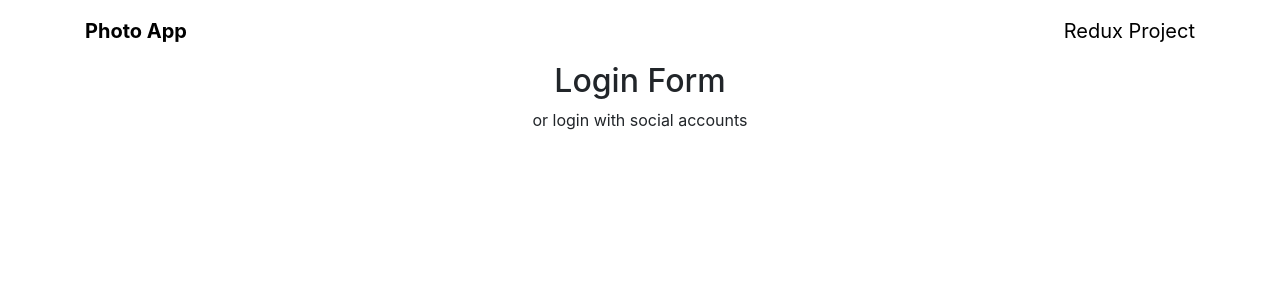
Repository: baodien1405/redux-photo-app
Page: /sign-in
The author's editor kept a copy of each file at every save. The page is drawn from the files as they stood at one save, then again after the next save.
The browser window is 1280 px wide. The pictures show the whole page.
The page's requests for data from a server got no answer. The project was rebuilt for these pictures with package versions that can differ from the ones it lists, and the page was loaded fresh each time. No one was signed in, and anything a server would have sent is missing. Also part of the build but not shown: src/components/NotFound/index.jsx, src/App.scss.

Above is the page before, as saved 2021-07-15 11:59:07.

After the next save:
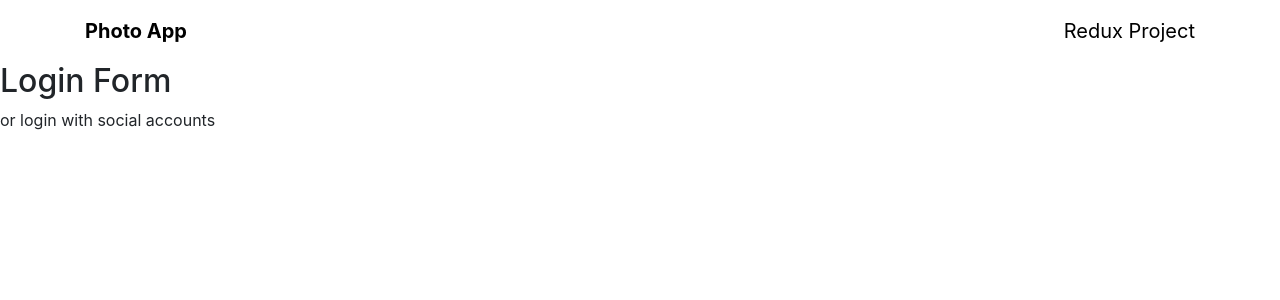
Saved 59 s later.
--- a/src/features/Auth/pages/SignIn/index.jsx
+++ b/src/features/Auth/pages/SignIn/index.jsx
@@ -5,7 +5,7 @@
 function SignIn(props) {
   return (
     <div>
-      <div className="text-center">
+      <div>
         <h2>Login Form</h2>
 
         <p>or login with social accounts</p>

After the save that followed:
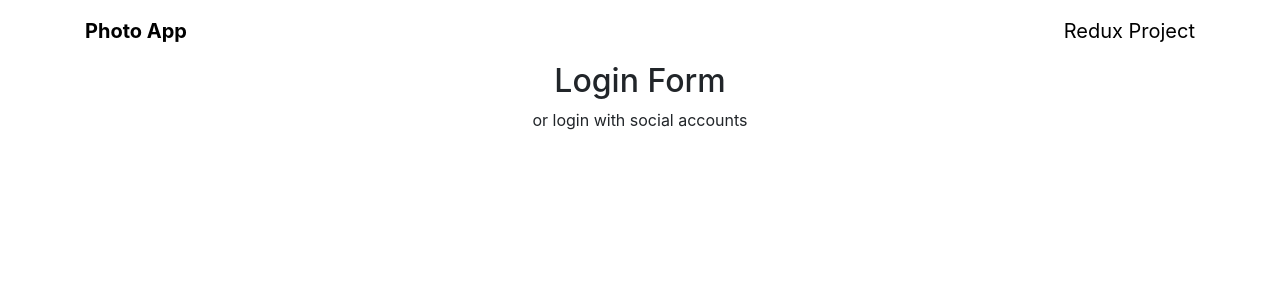
Saved 4 s later.
--- a/src/features/Auth/pages/SignIn/index.jsx
+++ b/src/features/Auth/pages/SignIn/index.jsx
@@ -5,7 +5,7 @@
 function SignIn(props) {
   return (
     <div>
-      <div>
+      <div className="text-center">
         <h2>Login Form</h2>
 
         <p>or login with social accounts</p>
